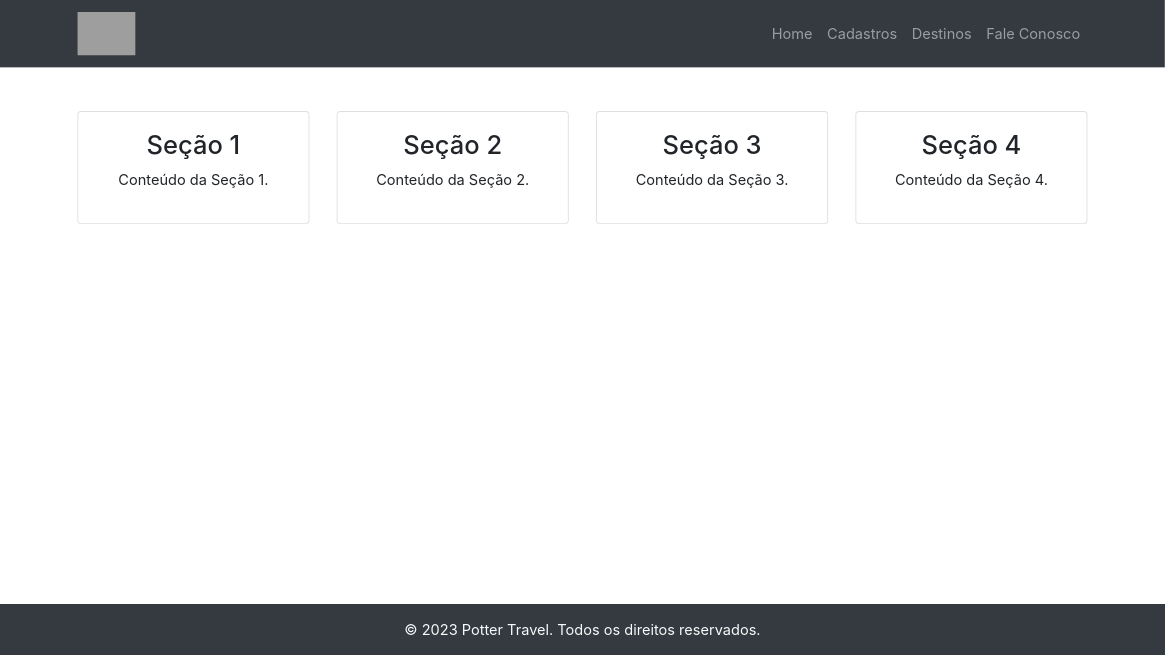
Repository: marcelledssantos/PotterTravel-MVC
Page: PotterTravel-MVC/src/main/webapp/index.html
These files come from the project's save history. The page is drawn as it stood at one moment and after the next save; the edit follows.
The browser window is 1280 px wide. The pictures show the whole page, at 91% of full size.
Pictures or frames that could not be fetched are drawn as grey boxes. Some web libraries are served in a nearby version.

Above is the page before, as saved 2023-11-01 02:16:25.

### PotterTravel-MVC/src/main/webapp/index.html
<!DOCTYPE html>
<html lang="pt-br">
<head>
    <meta charset="UTF-8">
    <meta name="viewport" content="width=device-width, initial-scale=1.0">
    <title>Home</title>
    <!-- Inclua o link para o Bootstrap via CDN -->
    <link rel="icon" type="image/x-icon" href="./icon/favicon.ico">
    <link rel="stylesheet" href="https://cdn.jsdelivr.net/npm/bootstrap@4.5.3/dist/css/bootstrap.min.css"
    integrity="sha384-TX8t27EcRE3e/ihU7zmQxVncDAy5uIKz4rEkgIXeMed4M0jlfIDPvg6uqKI2xXr2" crossorigin="anonymous">
</head>
<body>
    <!-- Cabeçalho -->
    <header>
        <nav class="navbar navbar-expand-lg navbar-dark  bg-dark text-light">
            <div class="container">
                <a class="navbar-brand" href="#"><img src="./icon/samurai.png"/ height="48px"></a>
                <button class="navbar-toggler" type="button" data-toggle="collapse" data-target="#navbarNav" aria-controls="navbarNav" aria-expanded="false" aria-label="Toggle navigation">
                    <span class="navbar-toggler-icon"></span>
                </button>
                <div class="collapse navbar-collapse" id="navbarNav">
                    <ul class="navbar-nav ml-auto">
                        <li class="nav-item">
                            <a class="nav-link" href="#">Home</a>
                        </li>
                        <li class="nav-item">
                            <a class="nav-link" href="ReadController">Cadastros</a>
                        </li>
                        <li class="nav-item">
                            <a class="nav-link" href="#sobre">Destinos</a>
                        </li>
                        <li class="nav-item">
                            <a class="nav-link" href="#contato">Fale Conosco</a>
                        </li>
                    </ul>
                </div>
            </div>
        </nav>
    </header>

    <!-- Corpo da Página -->
    <div class="container text-center mt-5">
        <div class="row">
            <div class="col-md-3">
                <div class="card">
                    <div class="card-body">
                        <h3>Seção 1</h3>
                        <p>Conteúdo da Seção 1.</p>
                    </div>
                </div>
            </div>
            <div class="col-md-3">
                <div class="card">
                    <div class="card-body">
                        <h3>Seção 2</h3>
                        <p>Conteúdo da Seção 2.</p>
                    </div>
                </div>
            </div>
            <div class="col-md-3">
                <div class="card">
                    <div class="card-body">
                        <h3>Seção 3</h3>
                        <p>Conteúdo da Seção 3.</p>
                    </div>
                </div>
            </div>
            <div class="col-md-3">
                <div class="card">
                    <div class="card-body">
                        <h3>Seção 4</h3>
                        <p>Conteúdo da Seção 4.</p>
                    </div>
                </div>
            </div>
        </div>
    </div>

    <!-- Rodapé -->
    <footer class="bg-dark text-light text-center py-3 fixed-bottom">
        &copy; 2023 Potter Travel. Todos os direitos reservados.
    </footer>

    <!-- Inclua os scripts do Bootstrap via CDN -->
    <script src="https://code.jquery.com/jquery-3.5.1.slim.min.js"></script>
    <script src="https://cdn.jsdelivr.net/npm/@popperjs/core@2.5.3/dist/umd/popper.min.js"></script>
    <script src="https://maxcdn.bootstrapcdn.com/bootstrap/4.5.2/js/bootstrap.min.js"></script>
</body>
</html>

After the next save:
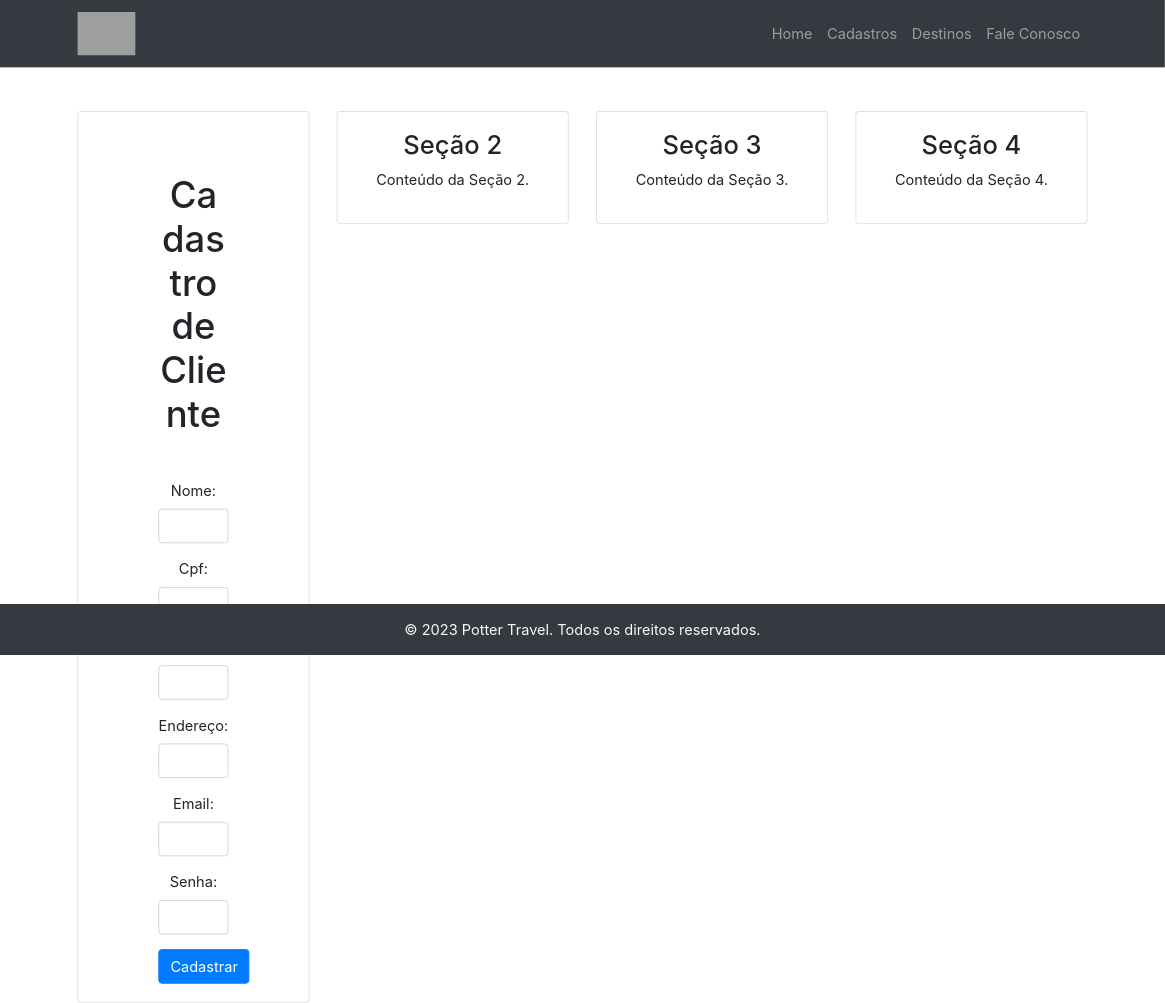
Saved 43 s later.
--- a/PotterTravel-MVC/src/main/webapp/index.html
+++ b/PotterTravel-MVC/src/main/webapp/index.html
@@ -44,8 +44,40 @@
             <div class="col-md-3">
                 <div class="card">
                     <div class="card-body">
-                        <h3>Seção 1</h3>
-                        <p>Conteúdo da Seção 1.</p>
+                       <div class="container">
+		<div class="row justify-content-center">
+			<div class="col-md-6">
+				<h1 class="mt-5" >Cadastro de Cliente</h1>
+				<form class="mt-5" action="CreateController" method="post">
+					<div class="form-group">
+						<label for="nome">Nome:</label> <input type="text"
+							class="form-control" id="nome" name="nome" required>
+					</div>
+					<div class="form-group">
+						<label for="nome">Cpf:</label> <input type="text"
+							class="form-control" id="cpf" name="cpf" required>
+					</div>
+					<div class="form-group">
+						<label for="nome">Telefone:</label> <input type="text"
+							class="form-control" id="telefone" name="telefone" required>
+					</div>
+					<div class="form-group">
+						<label for="login">Endereço:</label> <input type="text"
+							class="form-control" id="endereco" name="endereco" required>
+					</div>
+					<div class="form-group">
+						<label for="login">Email:</label> <input type="email"
+							class="form-control" id="email" name="email" required>
+					</div>
+					<div class="form-group">
+						<label for="senha">Senha:</label> <input type="password"
+							class="form-control" id="senha" name="senha" required>
+					</div>
+					<button type="submit" class="btn btn-primary">Cadastrar</button>
+				</form>
+			</div>
+		</div>
+	</div>
                     </div>
                 </div>
             </div>
